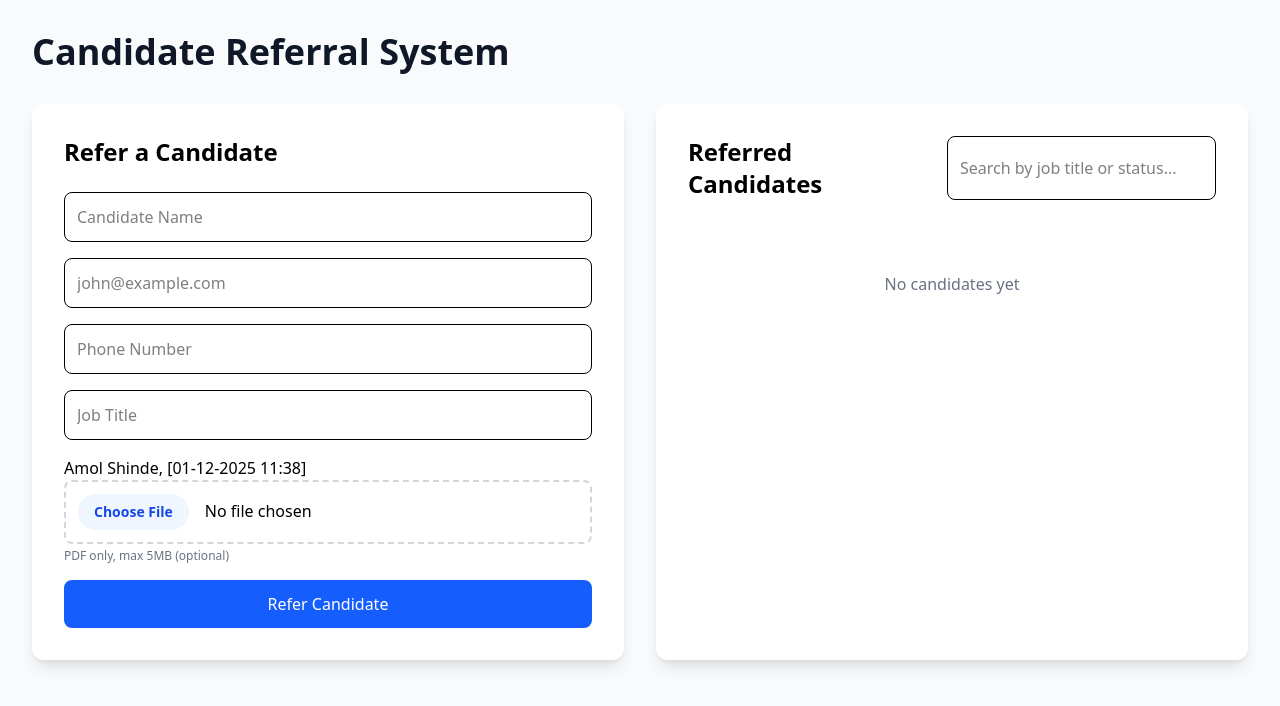
Repository: amol03051999/candidate_referral
Page: / (app in frontend/)
The author's editor kept a copy of each file at every save. The page is drawn from the files as they stood at one save, then again after the next save.
The browser window is 1280 px wide. The pictures show the whole page.
The page's requests for data from a server got no answer. The project was rebuilt for these pictures with package versions that can differ from the ones it lists, and the page was loaded fresh each time. No one was signed in, and anything a server would have sent is missing. Also part of the build but not shown: frontend/vite.config.js.

Above is the page before, as saved 2025-12-01 12:03:32.

After the next save:
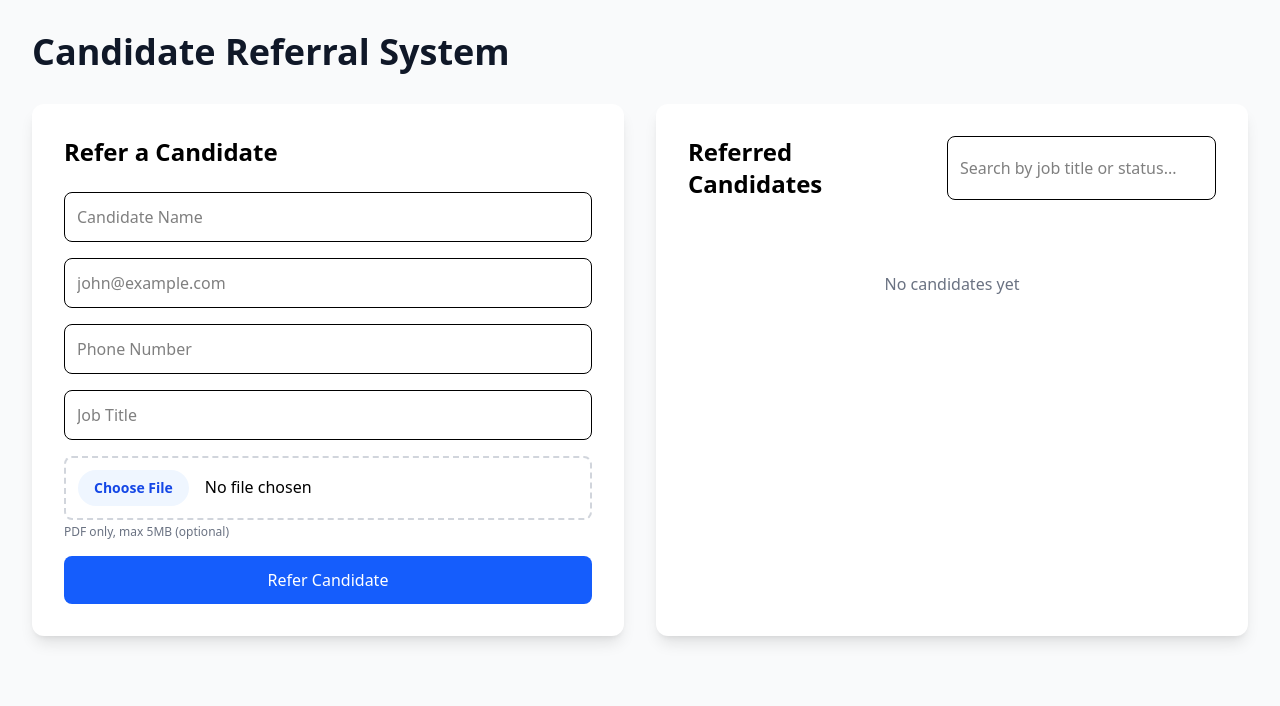
Saved 17 s later.
--- a/frontend/src/components/ReferralForm.jsx
+++ b/frontend/src/components/ReferralForm.jsx
@@ -118,7 +118,6 @@ const ReferralForm = () => {
         </div>
 
         <div>
-          Amol Shinde, [01-12-2025 11:38]
           <input
             {...register("resume")}
             type="file"
